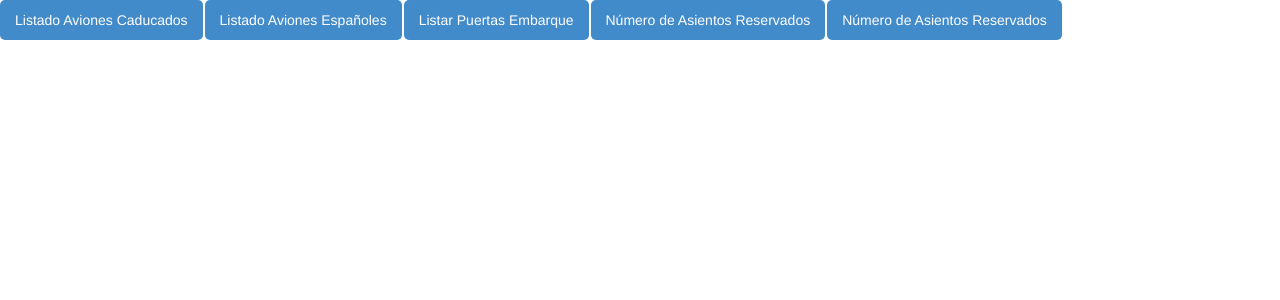
Repository: asbag/gestionaena
Page: http://localhost/gestionaena/
An editor plug-in stored every save of this project. The page is shown before and after the next save, followed by the edit.
The browser window is 1280 px wide. The pictures show the whole page.
The page is served by Tomcat 9.

Above is the page before, as saved 2015-04-14 16:12:44.

After the next save:
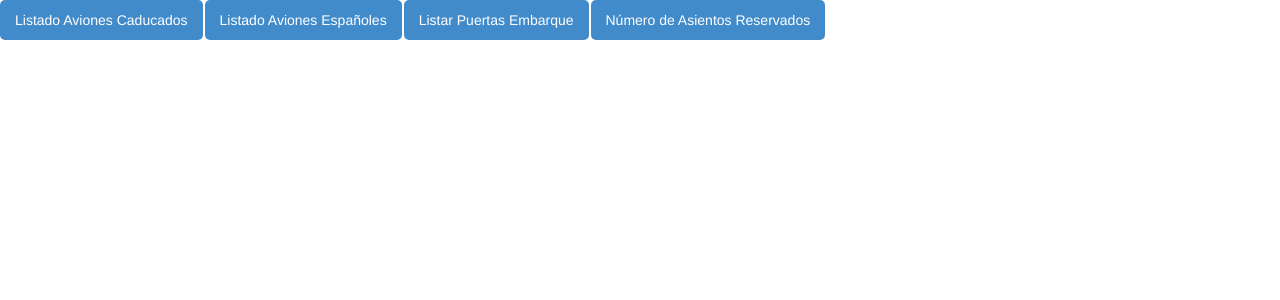
Saved 38 s later.
--- a/gestionaena/src/main/webapp/index.jsp
+++ b/gestionaena/src/main/webapp/index.jsp
@@ -29,9 +29,6 @@
 		<li class="active"><a
 			href="${pageContext.request.contextPath}/aeropuerto/num_asientos">N&uacute;mero
 				de Asientos Reservados</a></li>
-		<li class="active"><a
-			href="${pageContext.request.contextPath}/aeropuerto/num_asientos">N&uacute;mero
-				de Asientos Reservados</a></li>
 	</ul>
 
 	<!-- Librería jQuery requerida por los plugins de JavaScript -->
